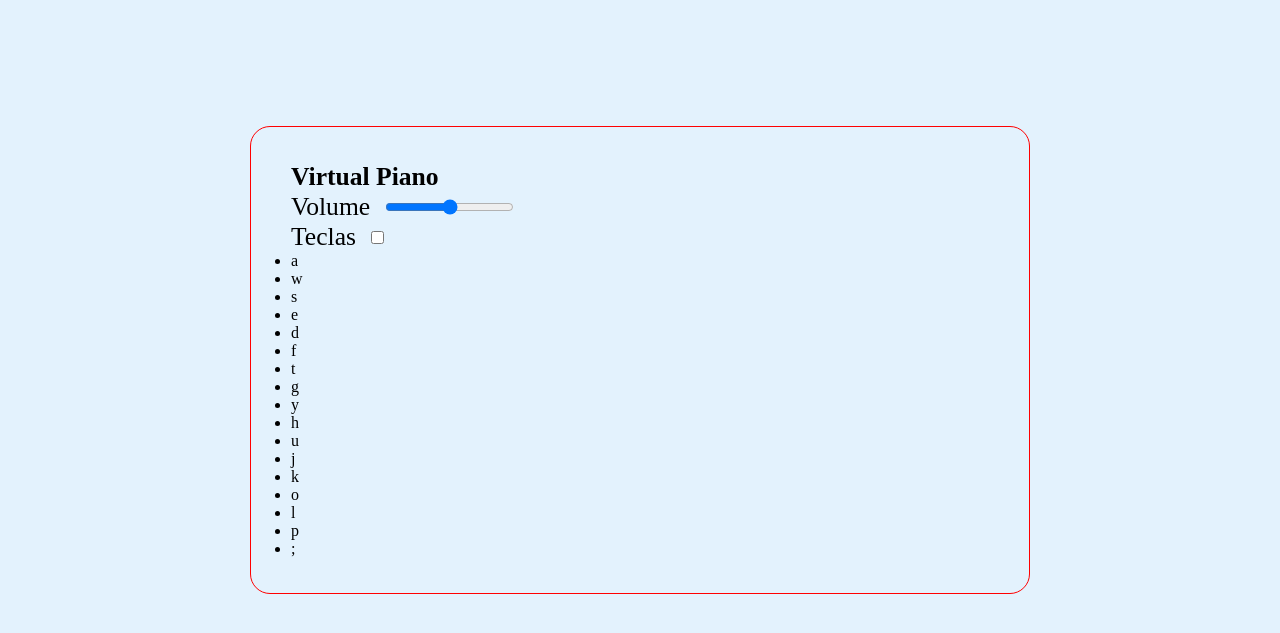
Repository: gustavotwist/simulador-piano
Page: index.html
These files come from the project's save history. The page is drawn as it stood at one moment and after a run of saves; the edit follows.
The browser window is 1280 px wide. The pictures show the whole page.

Above is the page before, as saved 2024-11-27 18:39:54.

After the next 2 saves:
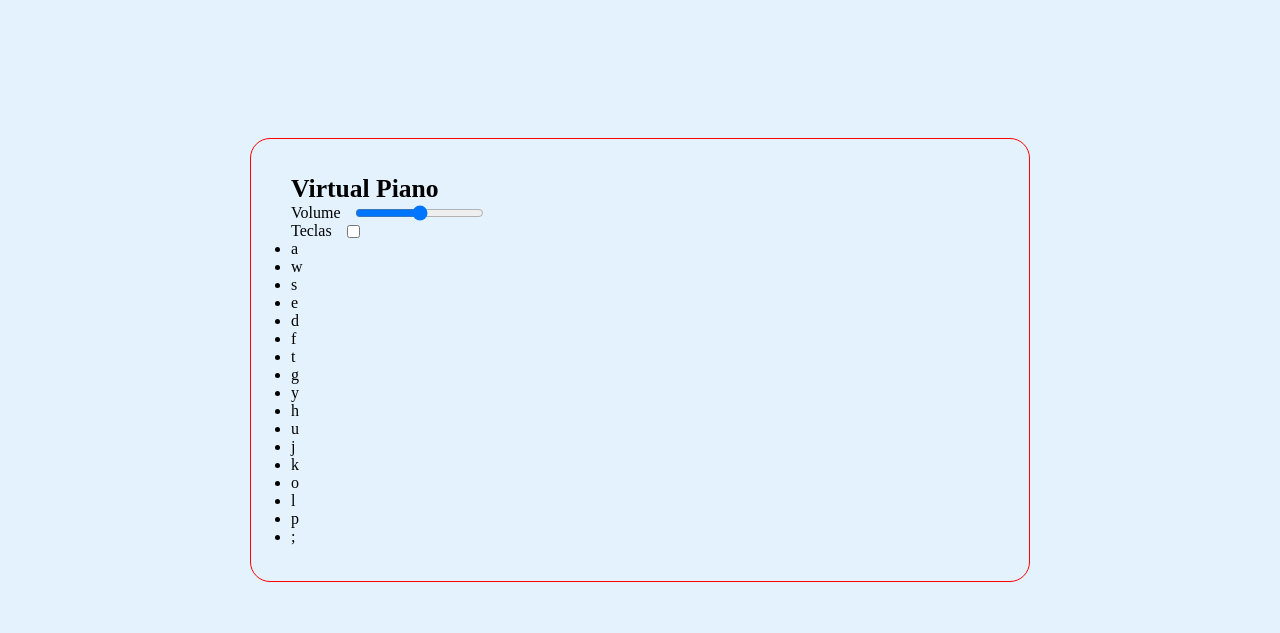
The 2 saves are shown as one change because they came seconds apart.
The last was saved 24 s later.
--- a/src/styles/main.css
+++ b/src/styles/main.css
@@ -25,5 +25,6 @@ header .column {
 header .column span {
     font-weight: 500;
     margin-right: 15px;
-    font-size: 1.6rem;
+    font-size: 1.6
+    1rem;
 }
